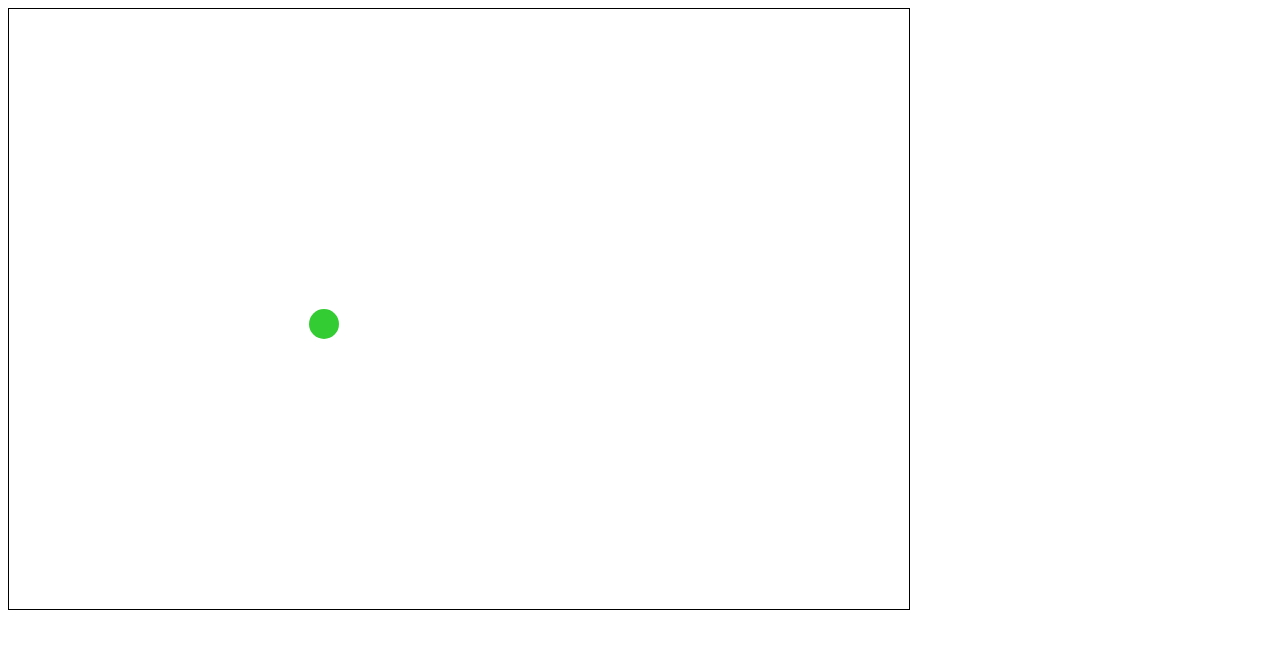
Repository: laben35/snake
Page: index.html
The author's editor kept a copy of each file at every save. The page is drawn from the files as they stood at one save, then again after the next save.
The browser window is 1280 px wide. The pictures show the whole page.

Above is the page before, as saved 2019-12-08 14:44:27.

After the next save:
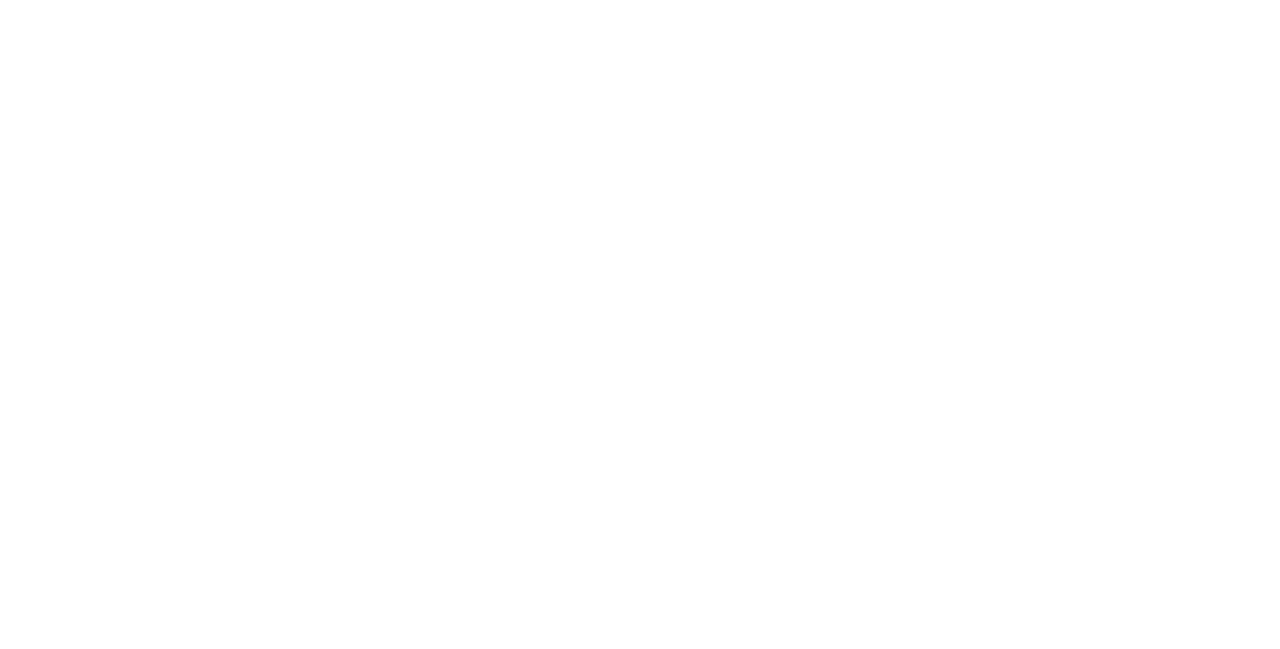
Console error: SyntaxError: Unexpected token '.'
Saved 41 s later.
--- a/script.js
+++ b/script.js
@@ -100,7 +100,7 @@
                 this.direction = newDirection;
             }
         };
-        this
+        thisision = function().checkColl
     }
 
     function Apple(position)

After the 2 saves that followed:
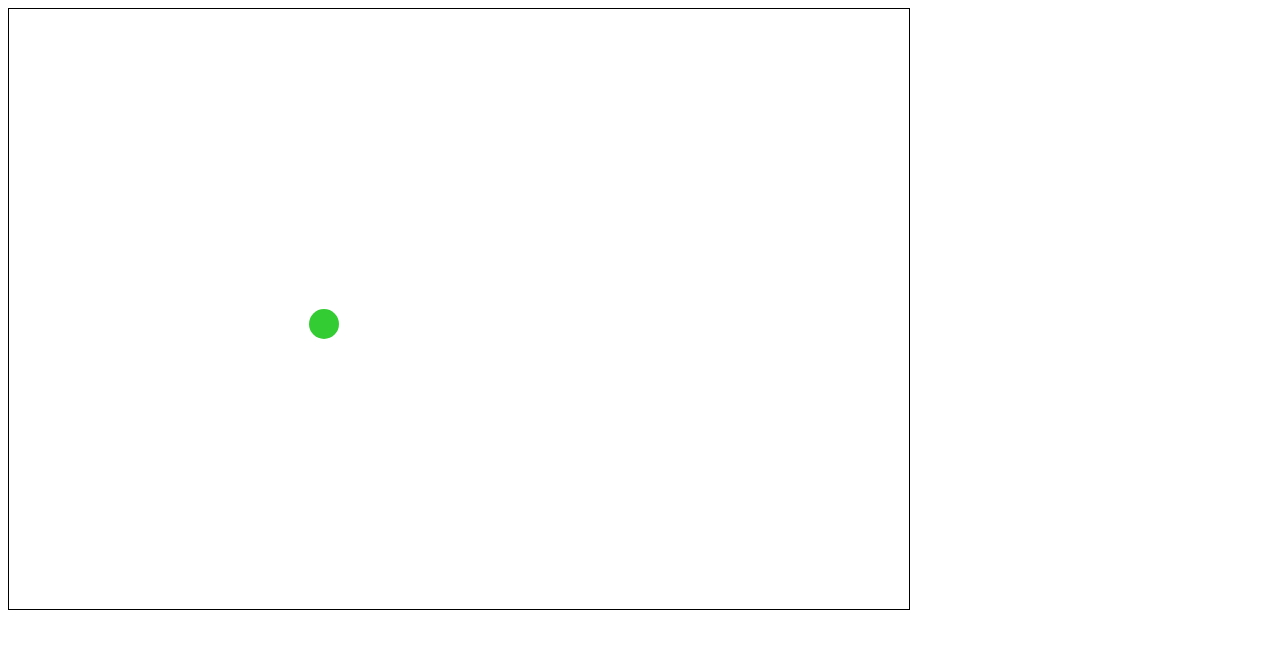
The error is gone.
The 2 saves are shown as one change because 1 left the picture as it was.
The last was saved 2 min 15 s later.
--- a/script.js
+++ b/script.js
@@ -100,7 +100,11 @@
                 this.direction = newDirection;
             }
         };
-        thisision = function().checkColl
+        this.checkCollision = function()   //Fonction pour délimiter l'espace du serpent ==> pour ne pas qu'il sorte du canvas sinon game over
+        {
+            var wallCollision = false;
+
+        }
     }
 
     function Apple(position)
